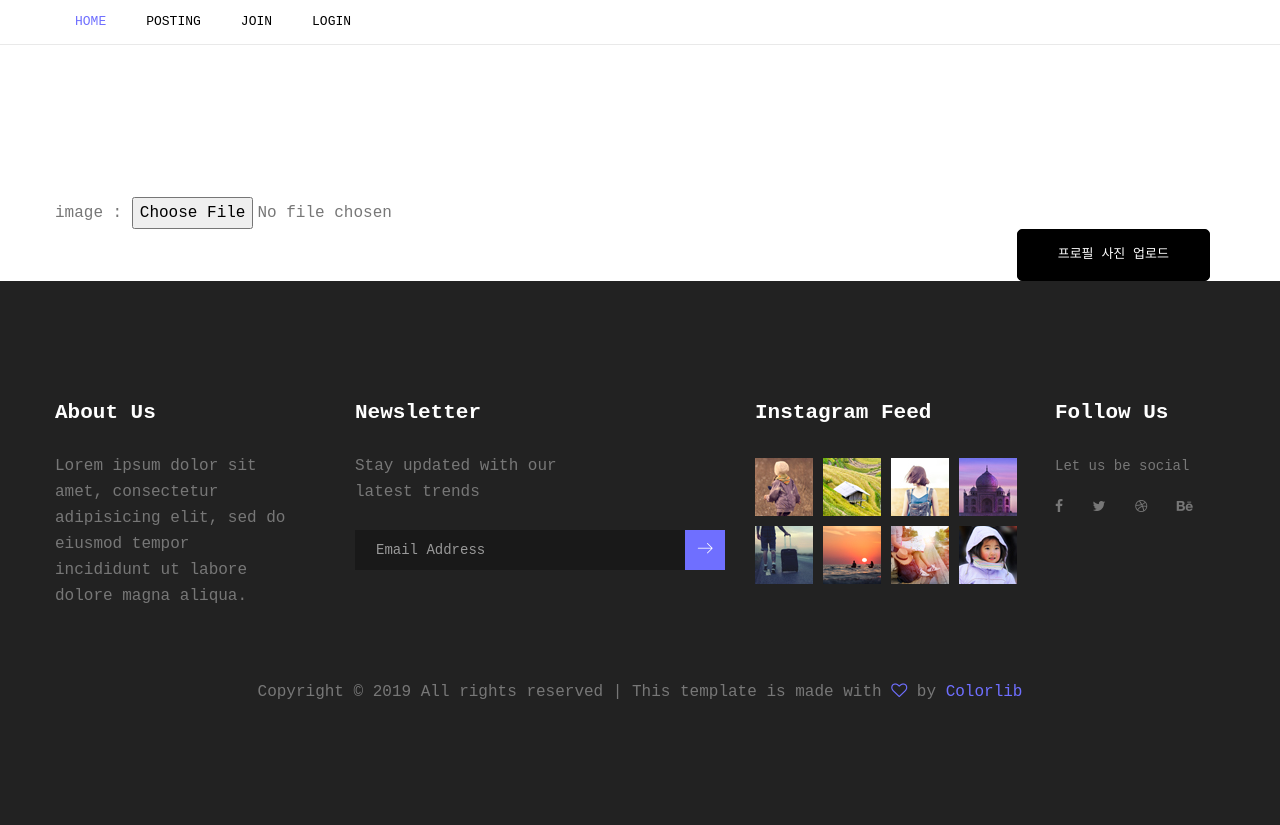
Repository: cwj2306/blog_project_2
Page: http://localhost/blog/user/userProfileForm.jsp
These files come from the project's save history. The page is drawn as it stood at one moment and after the next save; the edit follows.
The browser window is 1280 px wide. The pictures show the whole page.
Some web fonts or font styles are not loaded; a fallback is used. The page is served by Tomcat 9.

Above is the page before, as saved 2019-11-12 04:57:13.

After the next save:
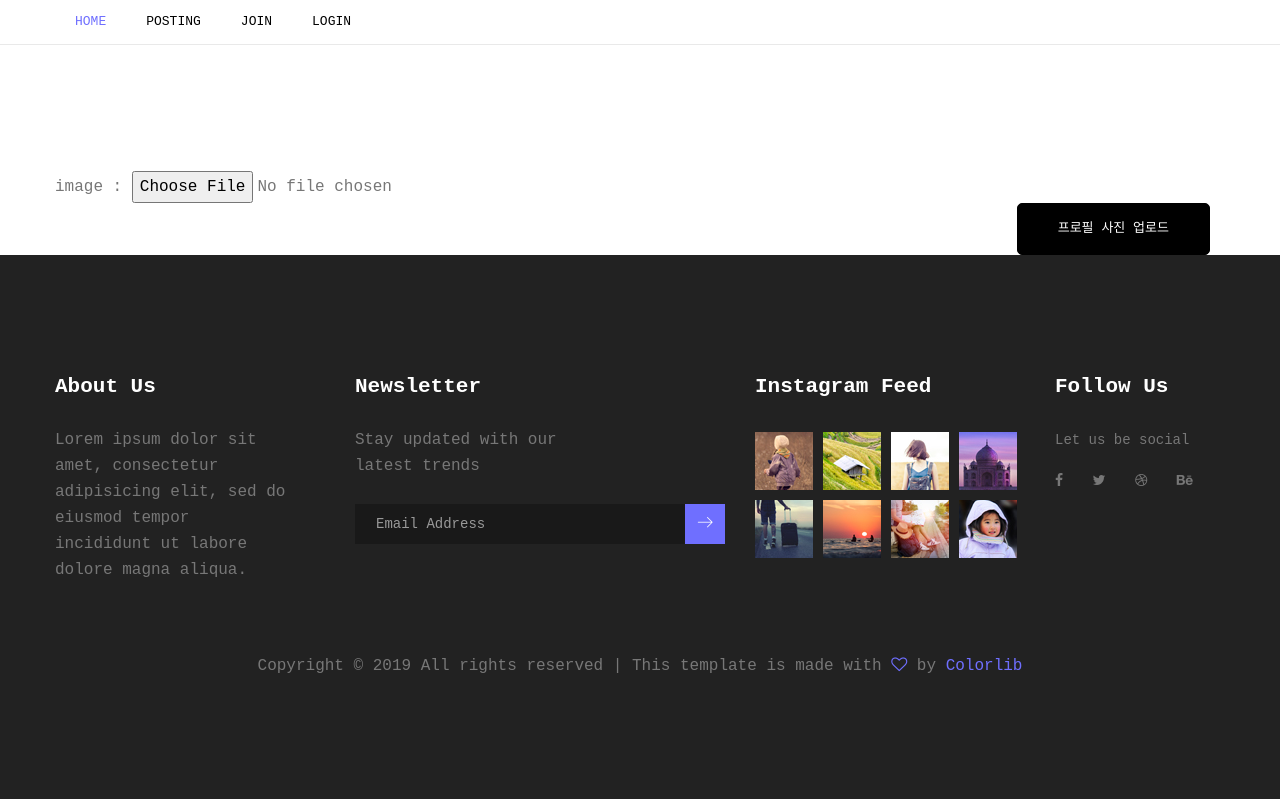
Saved 54 s later.
--- a/blog/WebContent/user/userProfileForm.jsp
+++ b/blog/WebContent/user/userProfileForm.jsp
@@ -56,7 +56,6 @@
 
 				<!-- enctype는 mime타입에서 찾아봐서 써주자 -->
 				<form action="/blog/user?cmd=uploadProfileImg" method="POST" enctype="multipart/form-data">
-					<input type="hidden" name="userId" value="${sessionScope.user.id}"/><br />
 					image : <input id="img__input" type="file" name="userProfile" /><br />
 					<div class="col-md-12 text-right">
 						<input type="submit" class="btn submit_btn" value="프로필 사진 업로드" />
